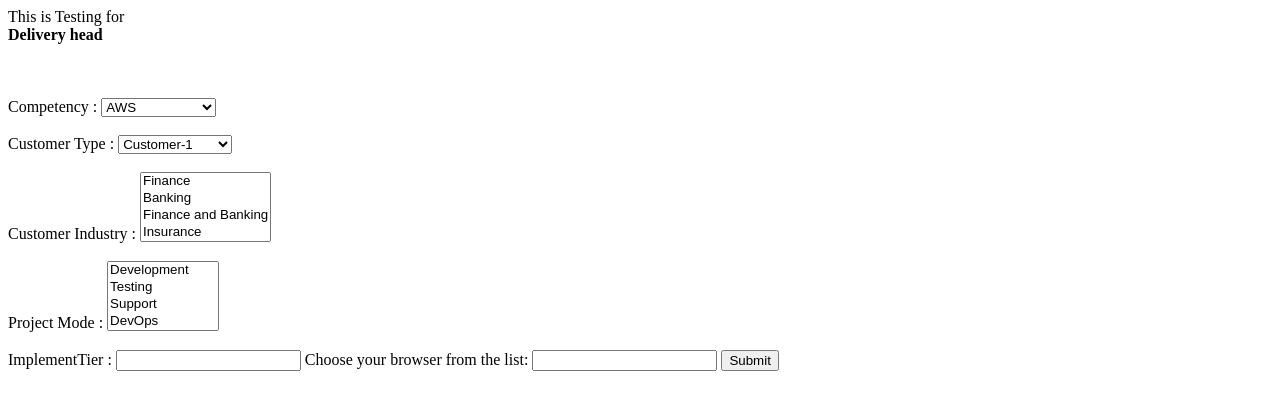
Repository: Perwaiz21/STS
Page: http://localhost/AWS_Web/
These files come from the project's save history. The page is drawn as it stood at one moment and after the next save; the edit follows.
The browser window is 1280 px wide. The pictures show the whole page.
The page is served by Tomcat 9.

Above is the page before, as saved 2021-02-18 09:54:25.

After the next save:
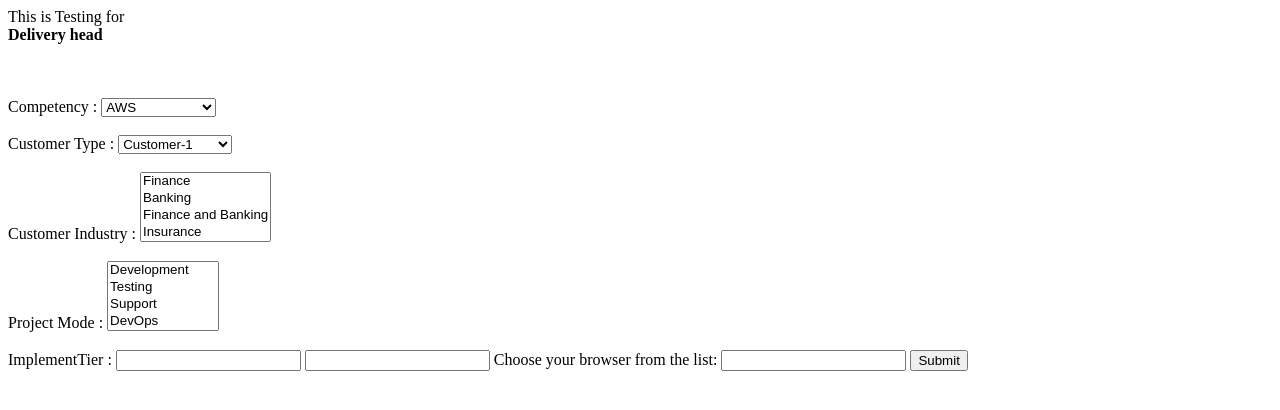
Saved 32 s later.
--- a/AWS_Web/WebContent/index.jsp
+++ b/AWS_Web/WebContent/index.jsp
@@ -61,6 +61,7 @@
 			<option value="ImplementTier-6">ImplementTier-6</option>
 			<option value="ImplementTier-7">ImplementTier-7</option>
 			</datalist>
+			<input>
 		</select> <label for="browser">Choose your browser from the list:</label> <input
 			list="browsers" name="browser" id="browser">
 		<datalist id="browsers">
